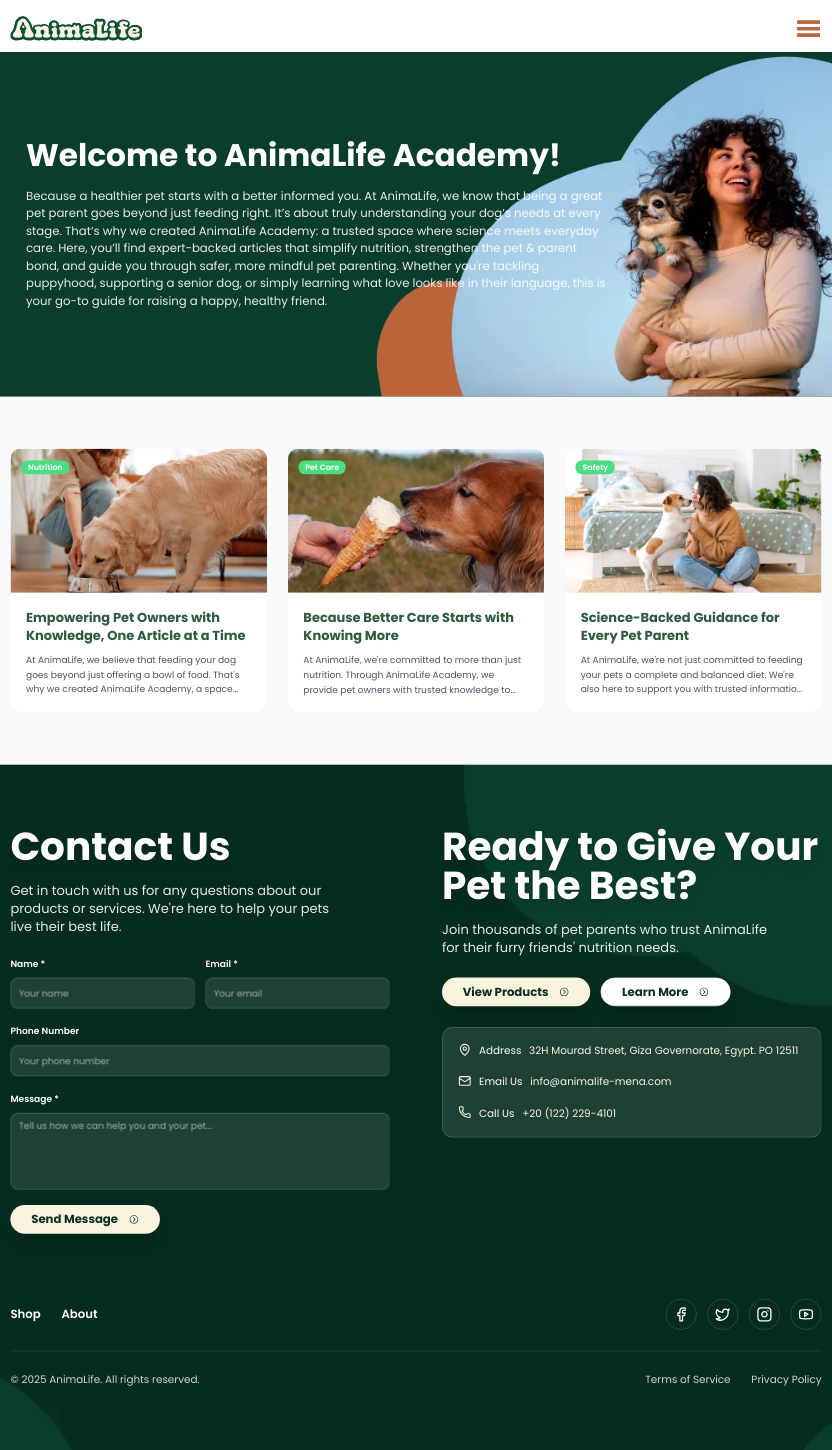
Repository: the-jupiteragency/animalife
Page: /academy
The author's editor kept a copy of each file at every save. The page is drawn from the files as they stood at one save, then again after the next save.
The browser window is 1280 px wide. The pictures show the whole page, at 65% of full size.
The project was rebuilt for these pictures with package versions that can differ from the ones it lists, and the page was loaded fresh each time. The framework's server and built-in components were replaced by stand-ins that run in the browser. Also part of the build but not shown: next.config.mjs.

Above is the page before, as saved 2025-08-05 09:38:03.

After the next save:
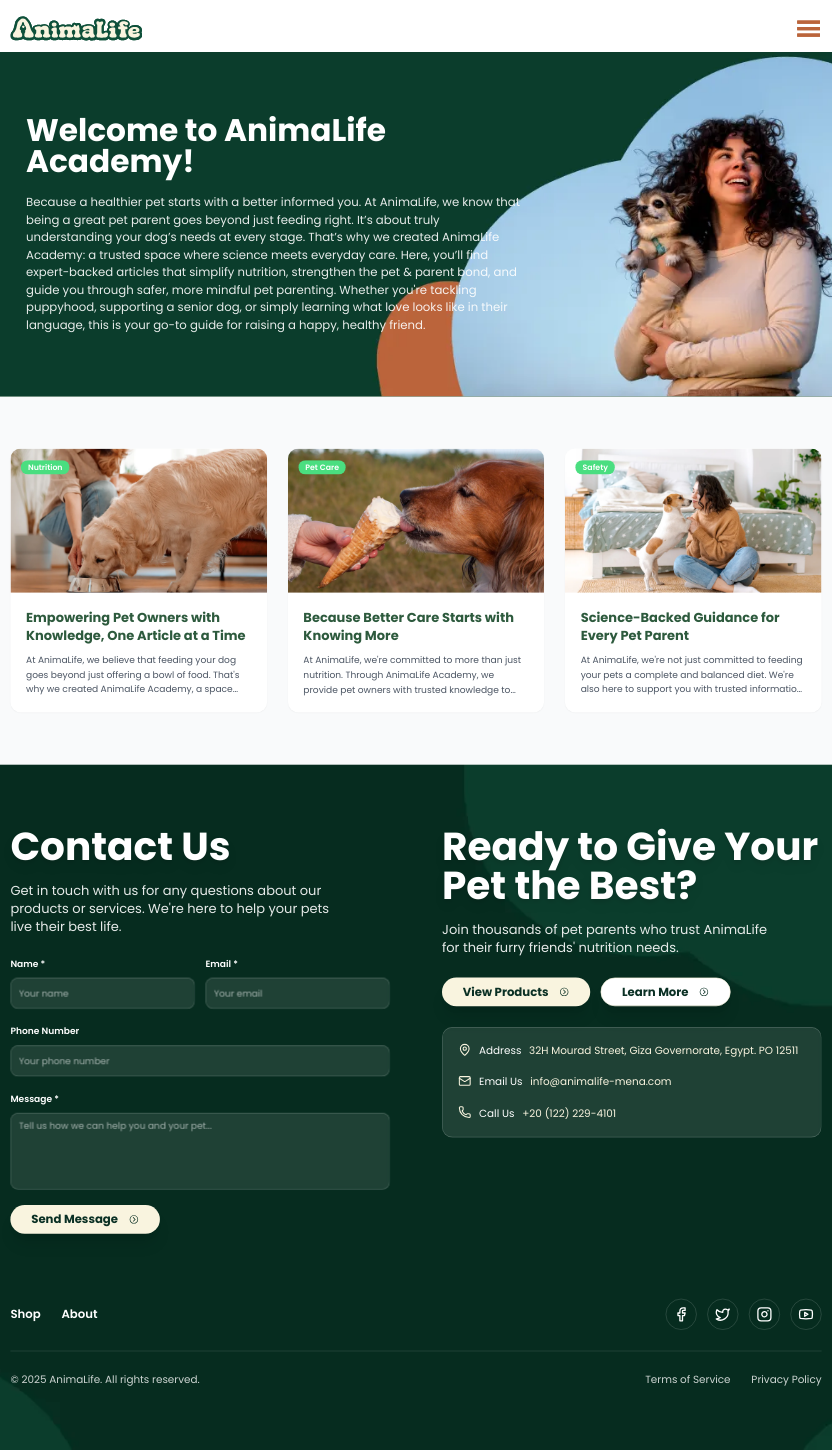
Saved 8 s later.
--- a/app/academy/page.tsx
+++ b/app/academy/page.tsx
@@ -29,7 +29,7 @@
             />
           </div>
           <div className="relative z-10 px-10 mx-auto  h-full flex items-center">
-            <div className="max-w-4xl">
+            <div className="max-w-3xl">
               <h2 className="text-4xl md:text-5xl font-bold text-white mb-6">
                 Welcome to AnimaLife Academy!
               </h2>
